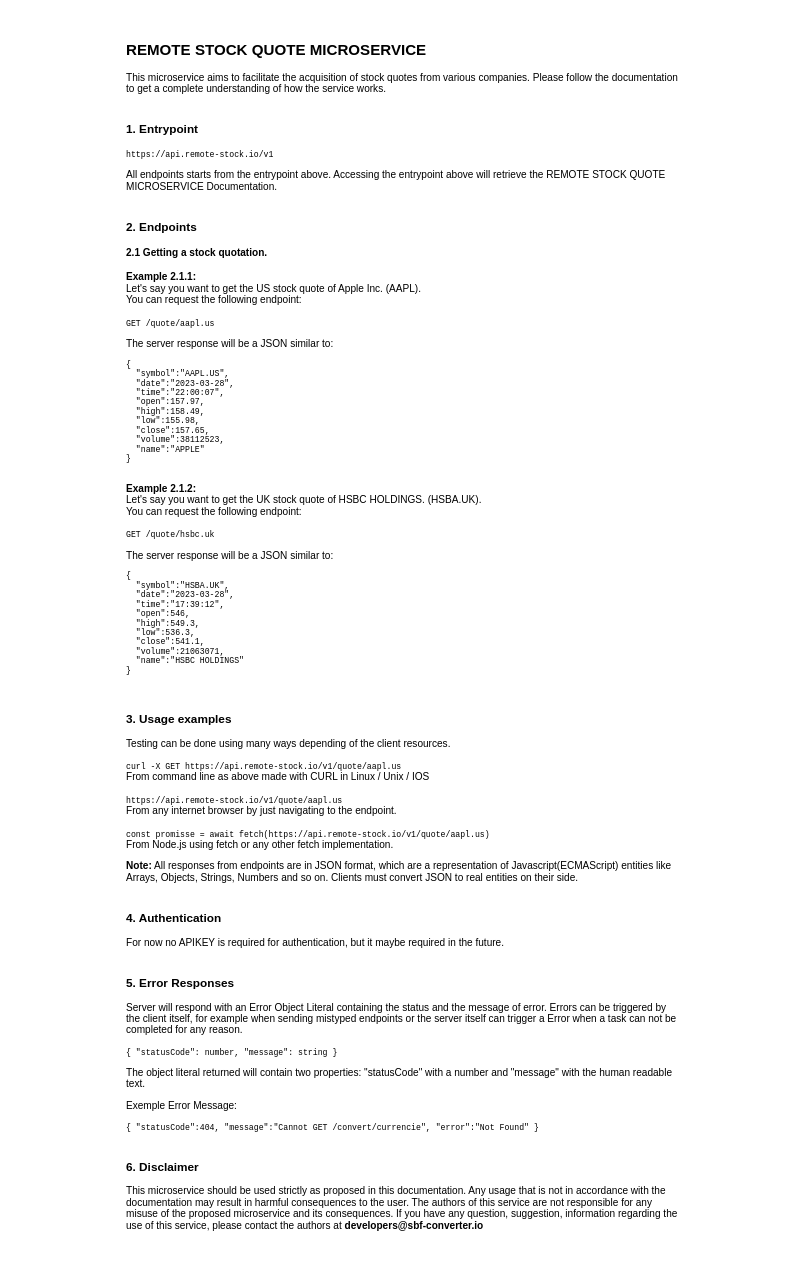
Repository: miguelamello/nest-js
Page: api-service/documentation.html
An editor plug-in stored every save of this project. The page is shown before and after a run of saves, followed by the edit.
The browser window is 1280 px wide. The pictures show the whole page, at 63% of full size.

Above is the page before, as saved 2023-03-28 18:31:16.

After the next 2 saves:
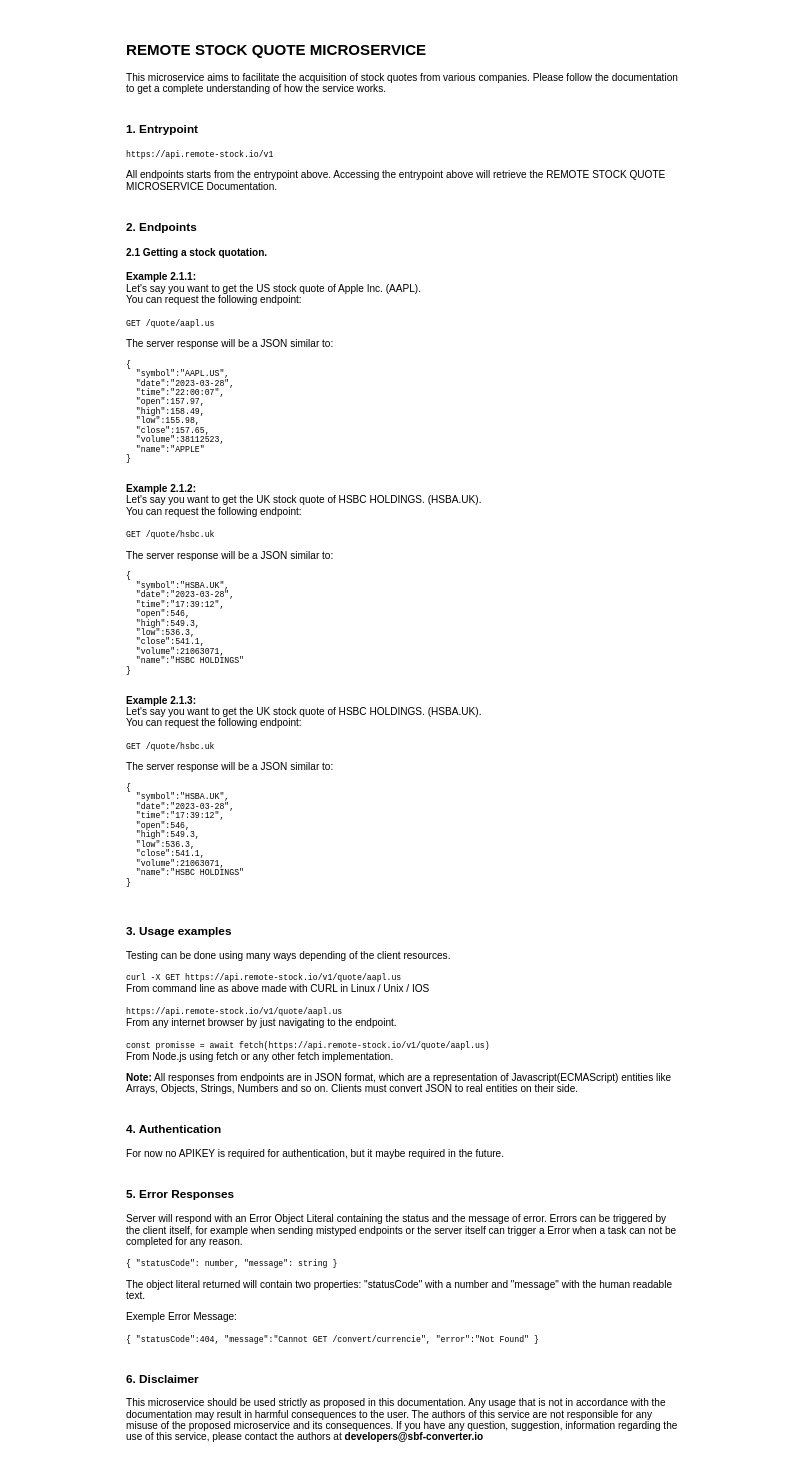
The 2 saves are shown as one change because they came seconds apart.
The last was saved 72 s later.
--- a/api-service/documentation.html
+++ b/api-service/documentation.html
@@ -81,6 +81,29 @@
     </pre>
   </p>
 
+  <p>
+    <div><b>Example 2.1.3:</b></div>
+    <div>Let's say you want to get the UK stock quote of HSBC HOLDINGS. (HSBA.UK).</div>
+    <div>You can request the following endpoint:</div><br>
+    <code>GET /quote/hsbc.uk</code>
+
+    <p>The server response will be a JSON similar to:</p>
+
+    <pre>
+{
+  "symbol":"HSBA.UK",
+  "date":"2023-03-28",
+  "time":"17:39:12",
+  "open":546,
+  "high":549.3,
+  "low":536.3,
+  "close":541.1,
+  "volume":21063071,
+  "name":"HSBC HOLDINGS"
+}
+    </pre>
+  </p>
+
   <h3>3. Usage examples</h3>
 
   <p>Testing can be done using many ways depending of the client resources.</p>
